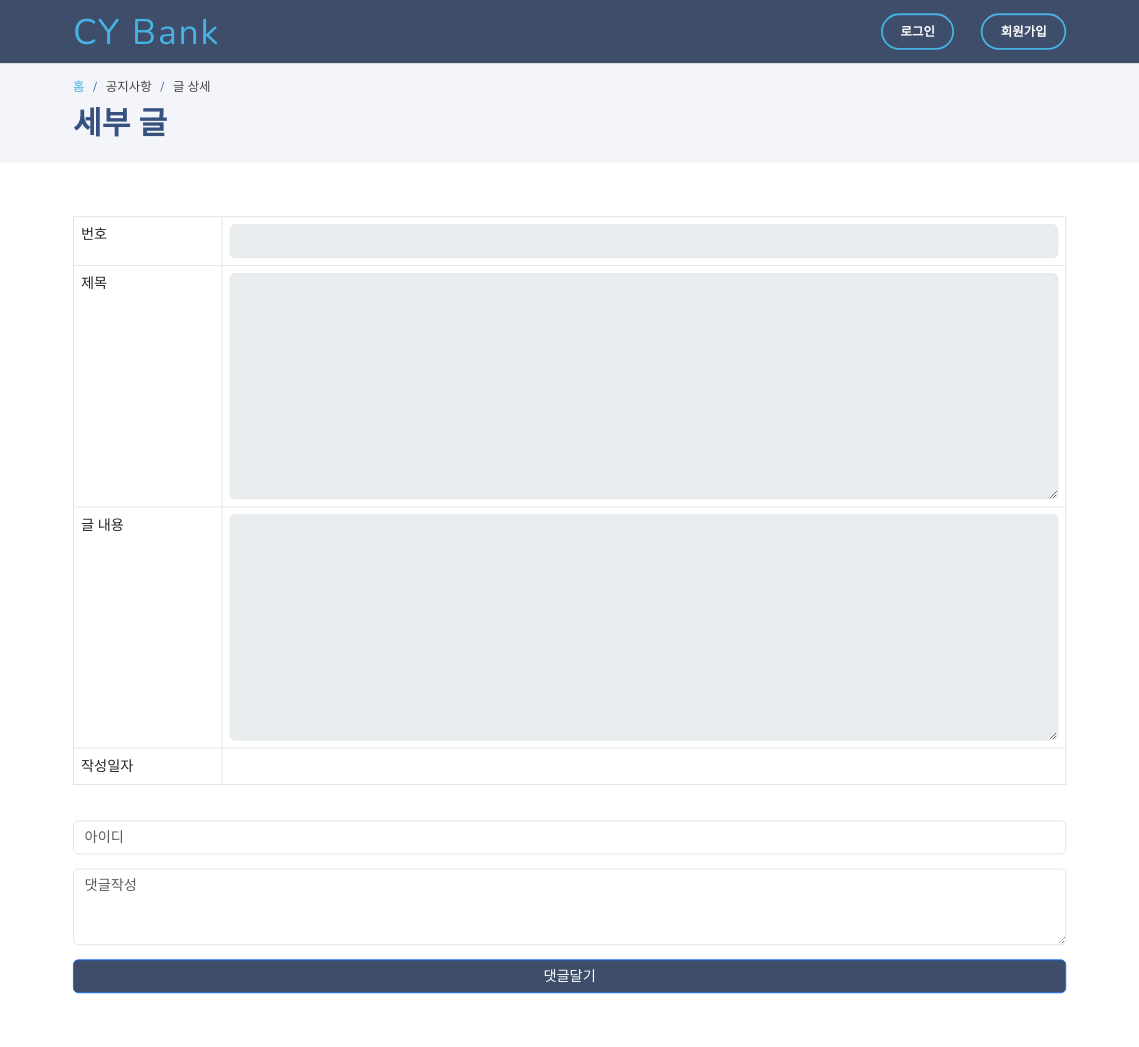
Repository: scy0814/Spring
Page: http://localhost/CYBank/jsp/notice/GetNotice.jsp
The author's editor kept a copy of each file at every save. The page is drawn from the files as they stood at one save, then again after the next save.
The browser window is 1280 px wide. The pictures show the whole page, at 89% of full size.
The page is served by Tomcat 9. Other server files are loaded and not shown.

Above is the page before, as saved 2023-06-27 04:40:13.

### CYBank/src/main/webapp/jsp/notice/GetNotice.jsp
<%@ page language="java" contentType="text/html; charset=UTF-8"
    pageEncoding="UTF-8"%>
<%@ taglib uri="http://java.sun.com/jsp/jstl/core" prefix="c"%>
<!DOCTYPE html>
<html>
<head>
<meta charset="UTF-8">
<title>Insert title here</title>
<!-- Bootstrap CSS -->
<link href="https://stackpath.bootstrapcdn.com/bootstrap/4.5.2/css/bootstrap.min.css" rel="stylesheet">
</head>
<header>
<jsp:include page="/jsp/include/header.jsp" />
</header>
<section id="breadcrumbs" class="breadcrumbs">
  <div class="container">
    <ol>
      <li><a href="/index.jsp">홈</a></li>
      <li>공지사항</li>
      <li>글 상세</li>
    </ol>
    <h2 style="font-size: 35px;">세부 글</h2>
  </div>
</section><!-- End Breadcrumbs -->
<body>
  <section class="inner-page">
    <div class="container">
      <input name="n_no" type="hidden" value="${notice.n_no}" />
      <table class="table table-bordered">
        <tr>
          <td>번호</td>
          <td><input name="n_no" type="text" value="${notice.n_no}" class="form-control" readonly/></td>
        </tr>
        <tr>
          <td>제목</td>
          <td><textarea name="n_title" cols="40" rows="10" class="form-control" disabled>${notice.n_title}</textarea></td>
        </tr>
        <tr>
          <td>글 내용</td>
          <td><textarea name="n_content" cols="40" rows="10" class="form-control" disabled>${notice.n_content}</textarea></td>
        </tr>
        <tr>
          <td>작성일자</td>
          <td>${notice.n_date}</td>
        </tr>
      </table>
      <br/>
       <form action="getNoticeList.do" method="post">
        <div class="form-group">
          <input type="text" class="form-control" id="exampleFormControlInput1" value="${user.id }" placeholder="아이디" name="id">
        </div>
        <div class="form-group">
          <textarea class="form-control" id="exampleFormControlTextarea1" rows="3" placeholder="댓글작성" name="comment"></textarea>
        </div>
        <div class="d-grid gap-2">
          <button class="btn btn-primary" type="submit" style="background-color: #283a5ae6;">댓글달기</button>
        </div>
      </form>
    </div>
  </section>
</body>
</html>

### CYBank/src/main/webapp/jsp/include/header.jsp
<%@ page language="java" contentType="text/html; charset=UTF-8"
    pageEncoding="UTF-8"%>
    <%@ taglib prefix="c" uri="http://java.sun.com/jsp/jstl/core"%>
<!DOCTYPE html>
<html>
<head>
<meta charset="UTF-8">
 <!-- Favicons -->
  <link href="assets/img/favicon.png" rel="icon">
  <link href="assets/img/apple-touch-icon.png" rel="apple-touch-icon">


  <!-- Google Fonts -->
  <link href="https://fonts.googleapis.com/css?family=Open+Sans:300,300i,400,400i,600,600i,700,700i|Nunito:300,300i,400,400i,600,600i,700,700i|Poppins:300,300i,400,400i,500,500i,600,600i,700,700i" rel="stylesheet">

  <!-- Vendor CSS Files -->
  <link href="/CYBank/css/vendor/aos/aos.css" rel="stylesheet">
  <link href="/CYBank/css/vendor/bootstrap/css/bootstrap.min.css" rel="stylesheet">
  <link href="/CYBank/css/vendor/bootstrap-icons/bootstrap-icons.css" rel="stylesheet">
  <link href="/CYBank/css/vendor/glightbox/css/glightbox.min.css" rel="stylesheet">
  <link href="/CYBank/css/vendor/remixicon/remixicon.css" rel="stylesheet">
  <link href="/CYBank/css/vendor/swiper/swiper-bundle.min.css" rel="stylesheet">

  <!-- Template Main CSS File -->
  <link href="/CYBank/css/css/style.css" rel="stylesheet">
  <style>
  .fixed-top {
    position: fixed;
    z-index: 1030;
    background: #283a5ae6;
    top: 0;
    right: 0;
    left: 0;
}
  </style>

<title>Insert title here</title>
</head>
<body>
<!-- ======= Header ======= -->
  <header id="header" class="header fixed-top">
    <div class="container-fluid container-xl d-flex align-items-center justify-content-between">

      <a href="index.jsp" class="logo d-flex align-items-center">
        <span class="cybank">CY Bank</span>
      </a>
		<c:set var="isLogin" value="${empty user }" />
      <nav id="navbar" class="navbar">
        <ul>
        <c:if test="${not empty user}">
          <li><a class="nav-link scrollto active" href="index.jsp">홈</a></li>
          <li><a class="nav-link scrollto" href="${pageContext.request.contextPath }/noticeList.do">공지사항</a></li>
          <li><a class="nav-link scrollto" href="#about">오픈뱅킹</a></li>
           <li class="dropdown"><a href="${pageContext.request.contextPath }/account.do"><span>계좌</span> <i class="bi bi-chevron-down"></i></a>
            <ul>
              <li><a href="${pageContext.request.contextPath}/account.do">나의 계좌</a></li>
              <li><a href="${pageContext.request.contextPath}/createAccount.do">계좌 개설</a></li>
              <li><a href="${pageContext.request.contextPath}/transactionHistory.do">입출금 내역</a></li>
              <li><a href="${pageContext.request.contextPath}/closeAccount.do">계좌 해지</a></li>
            </ul>
          </li>
          <li><a class="nav-link scrollto" href="${pageContext.request.contextPath }/myPage.do">마이페이지</a></li>
          <li><a class="nav-link scrollto" href="${pageContext.request.contextPath }/customerCenter.do">고객센터</a></li>
          <li><a class="nav-link scrollto" href="${pageContext.request.contextPath }/logout.do">로그아웃</a></li>
          </c:if>
		<c:if test="${empty user}">
          <li><a class="getstarted scrollto" href="${pageContext.request.contextPath }/login.do">로그인</a></li>
          <li><a class="getstarted scrollto" href="${pageContext.request.contextPath }/signup.do">회원가입</a></li>
          </c:if>
        </ul>
        <i class="bi bi-list mobile-nav-toggle"></i>
      </nav><!-- .navbar -->

    </div>
  </header><!-- End Header -->
  <!-- Vendor JS Files -->
  <script src="/CYBank/css/vendor/purecounter/purecounter_vanilla.js"></script>
  <script src="/CYBank/css/vendor/aos/aos.js"></script>
  <script src="/CYBank/css/vendor/bootstrap/js/bootstrap.bundle.min.js"></script>
  <script src="/CYBank/css/vendor/glightbox/js/glightbox.min.js"></script>
  <script src="/CYBank/css/vendor/isotope-layout/isotope.pkgd.min.js"></script>
  <script src="/CYBank/css/vendor/swiper/swiper-bundle.min.js"></script>
  <script src="/CYBank/css/vendor/php-email-form/validate.js"></script>

  <!-- Template Main JS File -->
  <script src="/CYBank/css/js/main.js"></script>

</body>
</html>

Loaded but not shown: CYBank/src/main/webapp/css/js/main.js (258 lines, source omitted); CYBank/src/main/webapp/css/css/style.css (1830 lines, source omitted)

After the next save:
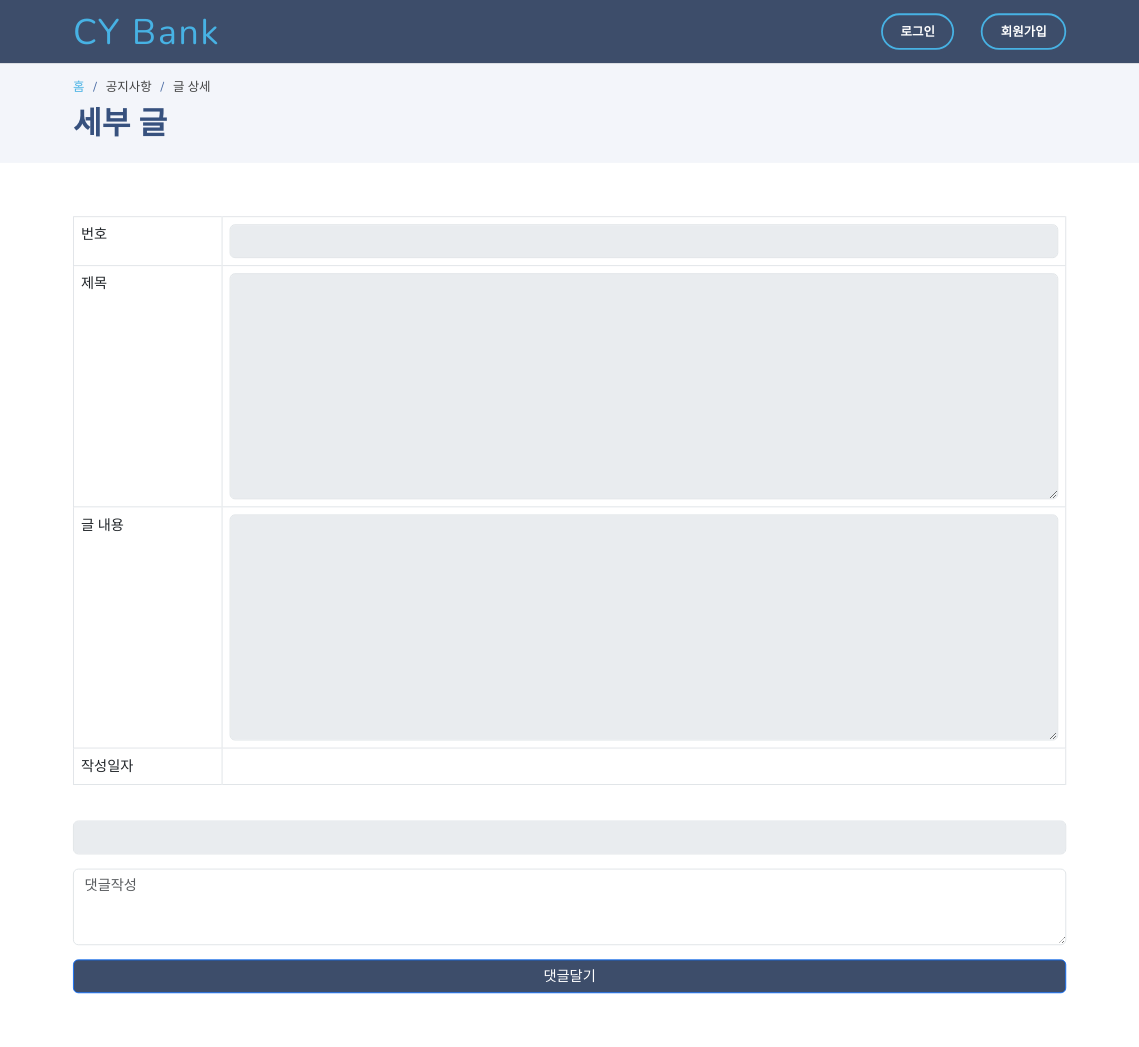
Saved 28 s later.
--- a/CYBank/src/main/webapp/jsp/notice/GetNotice.jsp
+++ b/CYBank/src/main/webapp/jsp/notice/GetNotice.jsp
@@ -47,7 +47,7 @@
       <br/>
        <form action="getNoticeList.do" method="post">
         <div class="form-group">
-          <input type="text" class="form-control" id="exampleFormControlInput1" value="${user.id }" placeholder="아이디" name="id">
+          <input type="text" class="form-control" id="exampleFormControlInput1" value="${user.id }" name="id"  readonly >
         </div>
         <div class="form-group">
           <textarea class="form-control" id="exampleFormControlTextarea1" rows="3" placeholder="댓글작성" name="comment"></textarea>
